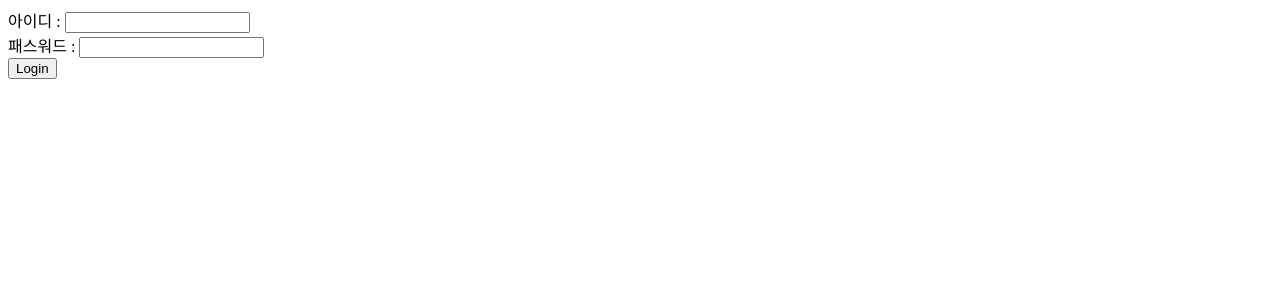
Repository: sagong0/servlet
Page: web/src/main/webapp/login.html
These files come from the project's save history. The page is drawn as it stood at one moment and after the next save; the edit follows.
The browser window is 1280 px wide. The pictures show the whole page.

Above is the page before, as saved 2023-08-08 07:18:02.

### web/src/main/webapp/login.html
<!DOCTYPE html>
<html>
<head>
<meta charset="UTF-8">
<title>Servlet 1일차 - 로그인 페이지</title>
</head>
<body>

아이디 : <input type="text"><br/>
패스워드 : <input type="password"><br/>
<input type="button" value="Login">

</body>
</html>

After the next save:
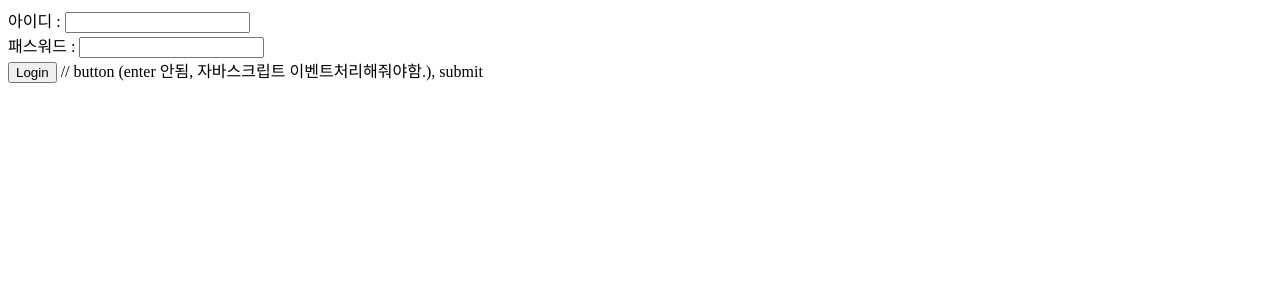
Saved 3 min 2 s later.
--- a/web/src/main/webapp/login.html
+++ b/web/src/main/webapp/login.html
@@ -9,6 +9,7 @@
 아이디 : <input type="text"><br/>
 패스워드 : <input type="password"><br/>
 <input type="button" value="Login">
+// button (enter 안됨, 자바스크립트 이벤트처리해줘야함.), submit
 
 </body>
 </html>
